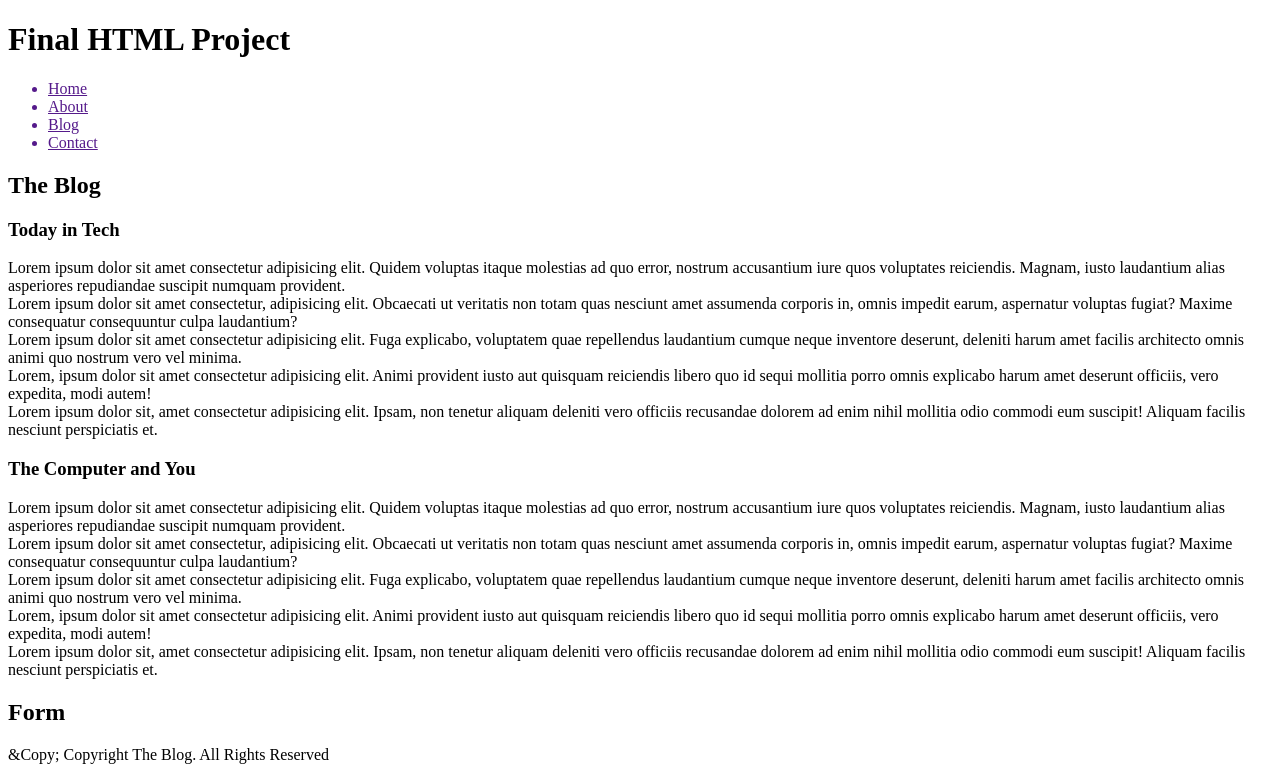
Repository: kmasih/finalHTMLProject
Page: index.HTML
The author's editor kept a copy of each file at every save. The page is drawn from the files as they stood at one save, then again after the next save.
The browser window is 1280 px wide. The pictures show the whole page.

Above is the page before, as saved 2018-05-28 01:41:43.

After the next save:
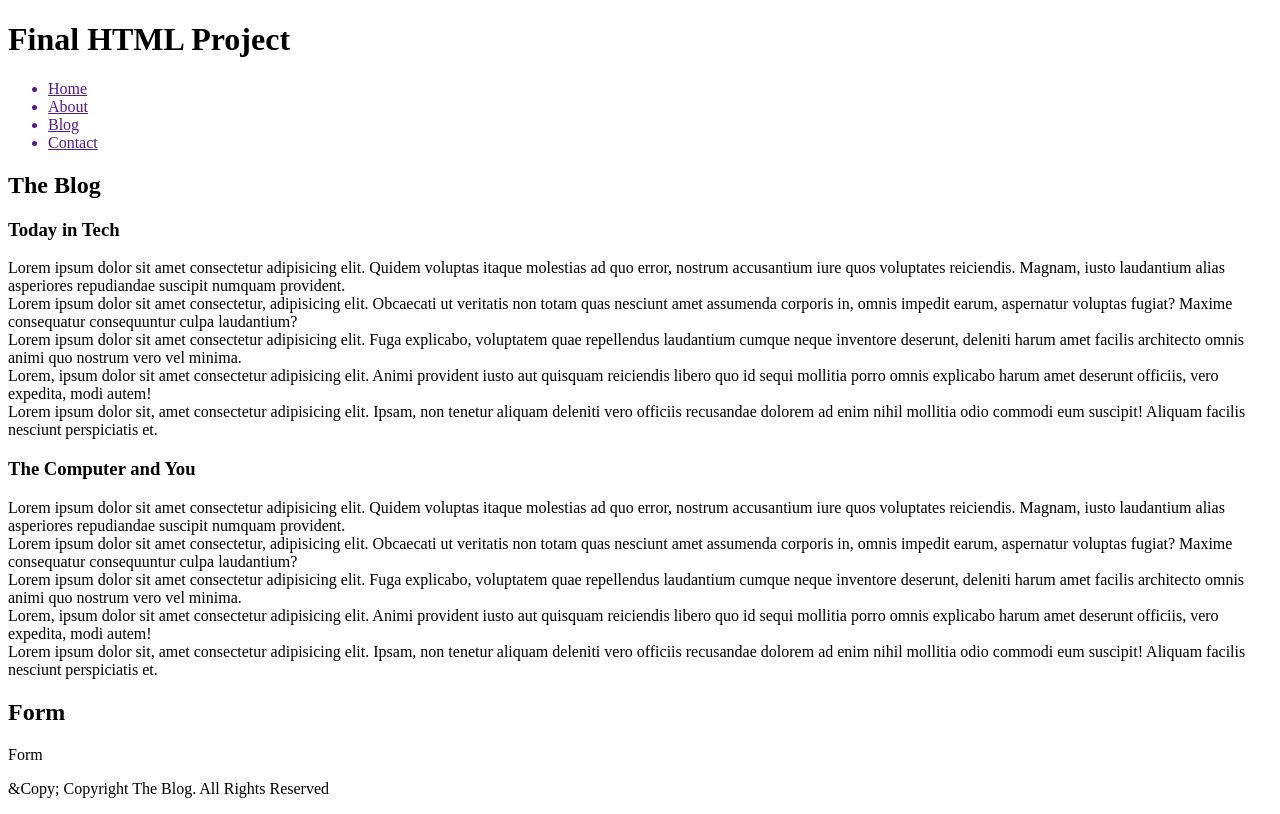
Saved 16 min 0 s later.
--- a/index.HTML
+++ b/index.HTML
@@ -80,6 +80,7 @@
     <section>
         <h2>Form</h2>
         <form action="0">
+            <lable>Form</lable>
 
         </form>
 
